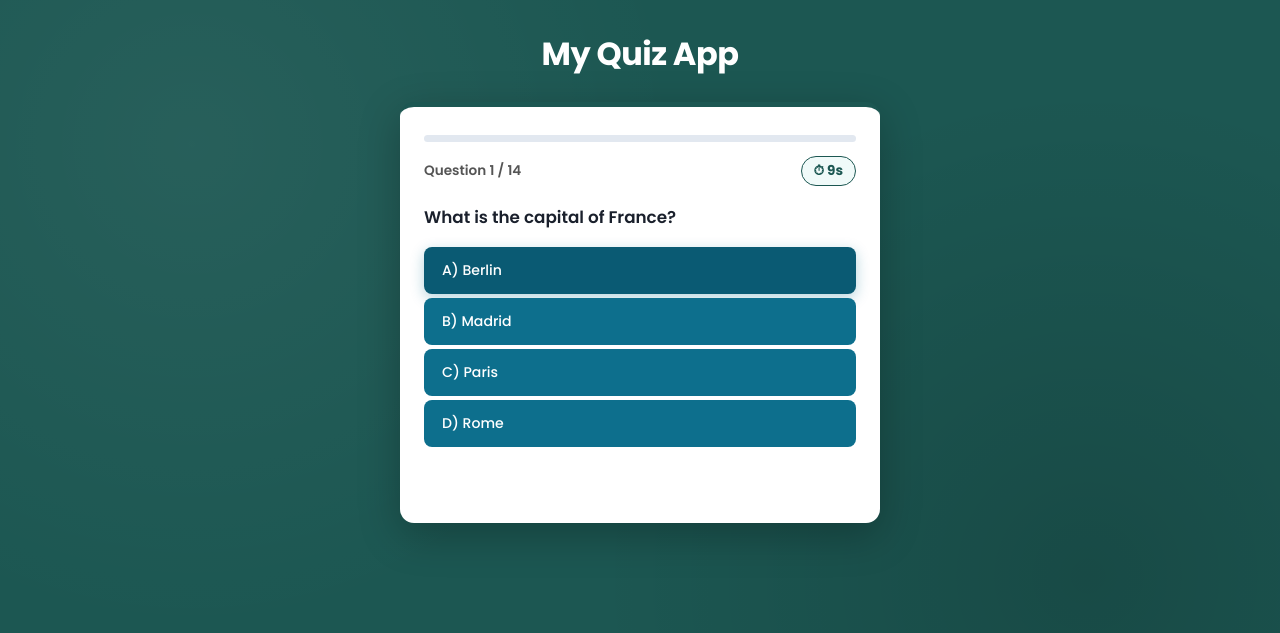
Repository: fatimaqueen9967-eng/SyntacexhubQuizApp
Page: index.html
These files come from the project's save history. The page is drawn as it stood at one moment and after the next save; the edit follows.
The browser window is 1280 px wide. The pictures show the whole page.
The pointer rests on the first visible `button`.

Above is the page before, as saved 2026-03-15 09:35:50.

After the next save:
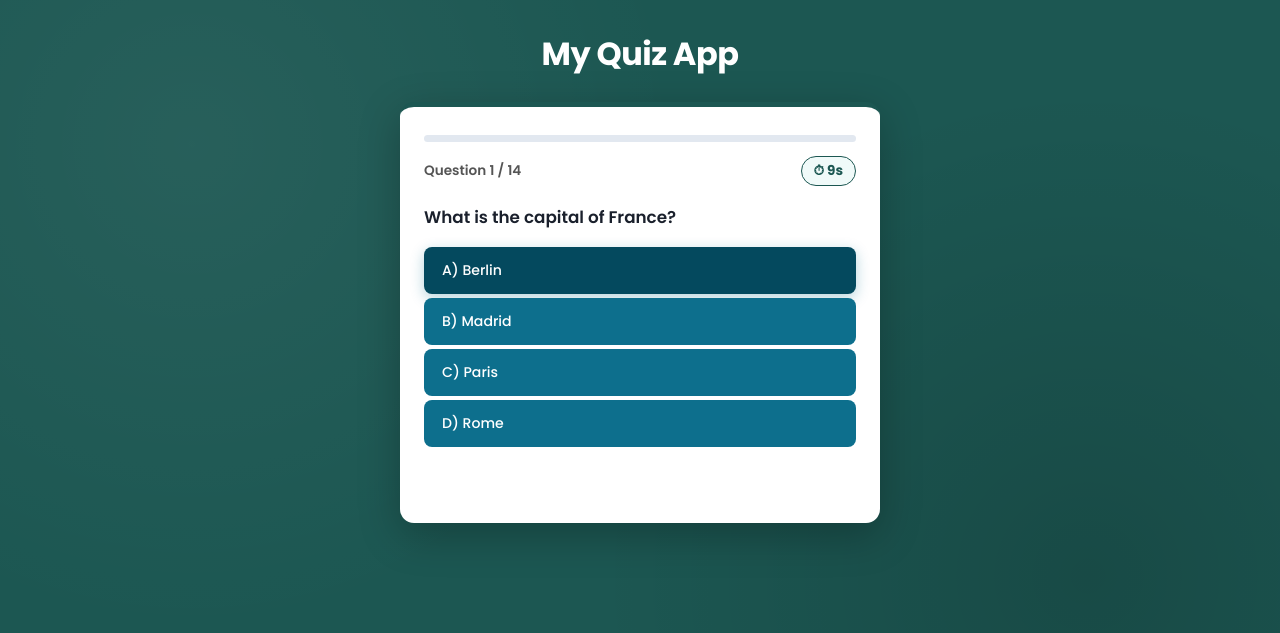
Saved 31 s later.
--- a/style.css
+++ b/style.css
@@ -132,7 +132,7 @@ button:nth-child(3) { animation-delay: 0.14s; }
 button:nth-child(4) { animation-delay: 0.19s; }
 
 button:hover:not(:disabled) {
-    background-color: #0a5a73;
+    background-color: #04495e;
     transform: translateX(4px);
     box-shadow: 0 4px 14px rgba(13, 111, 141, 0.3);
 }
